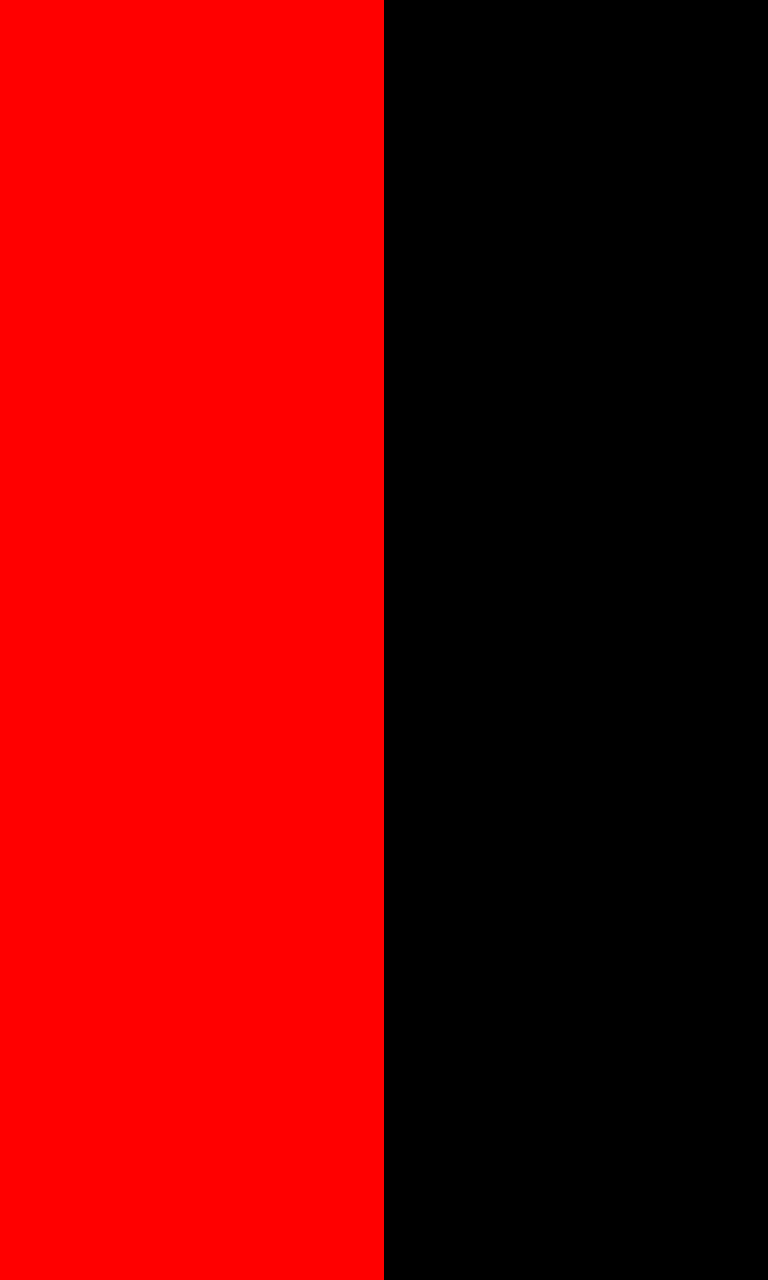
Repository: simplesns/workspace
Layout: eclipse/DEPuzzles/res/layout/ui_customprogressbar.xml
These files come from the project's save history. The layout is drawn as it stood at one moment and after the next save; the edit follows.
It is drawn on a 768 x 1280 px phone screen (xhdpi) without system bars, with theme android:Theme; the app's code is not run.

Above is the layout before, as saved 2011-01-20 04:54:31.

After the next save:
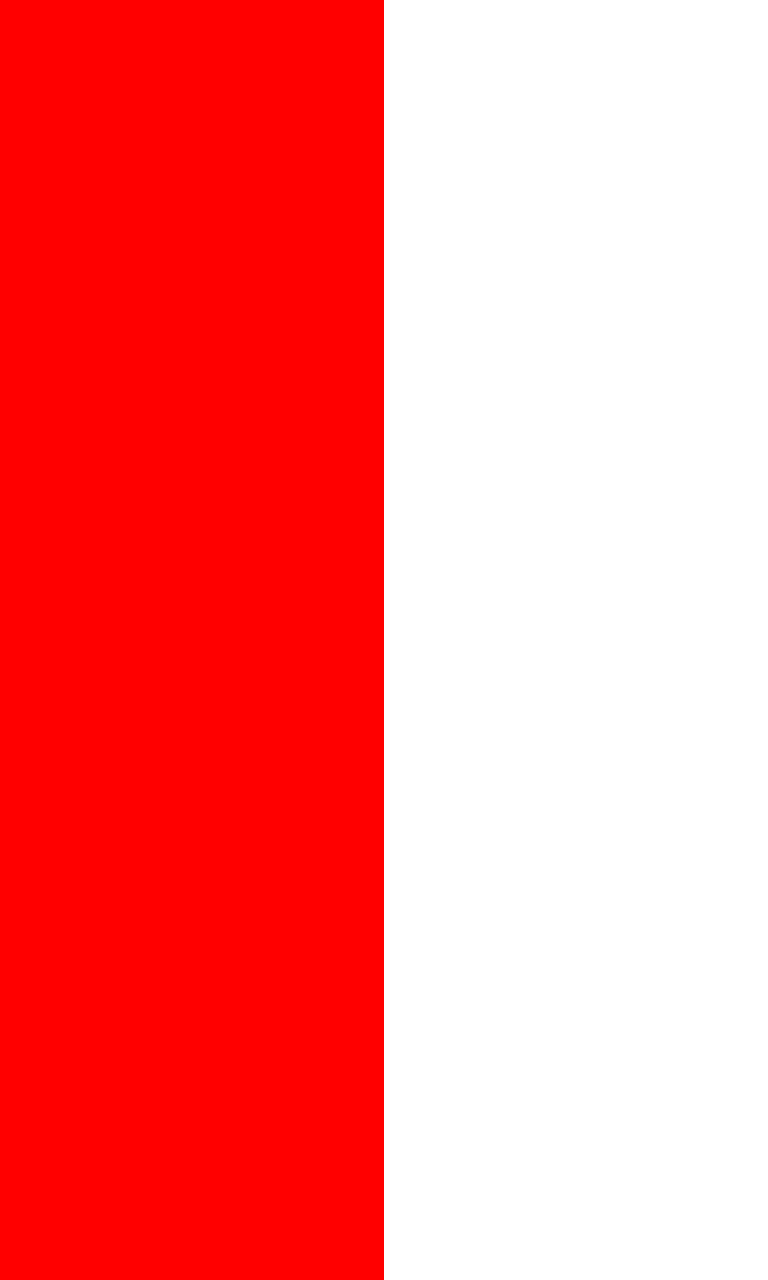
Saved 6 s later.
--- a/eclipse/DEPuzzles/res/layout/ui_customprogressbar.xml
+++ b/eclipse/DEPuzzles/res/layout/ui_customprogressbar.xml
@@ -3,5 +3,5 @@
   xmlns:android="http://schemas.android.com/apk/res/android"
   android:layout_width="fill_parent" android:layout_height="20dip">
 <LinearLayout android:id="@+id/LinearLayout01" android:layout_width="wrap_content" android:layout_weight="1" android:layout_height="fill_parent" android:background="#FFFF0000"></LinearLayout>
-<LinearLayout android:id="@+id/LinearLayout02" android:layout_width="wrap_content" android:layout_height="wrap_content" android:layout_weight="1" android:background="#FFFFFFFF"></LinearLayout>
+<LinearLayout android:id="@+id/LinearLayout02" android:layout_width="wrap_content" android:layout_weight="1" android:background="#FFFFFFFF" android:layout_height="fill_parent"></LinearLayout>
 </LinearLayout>
